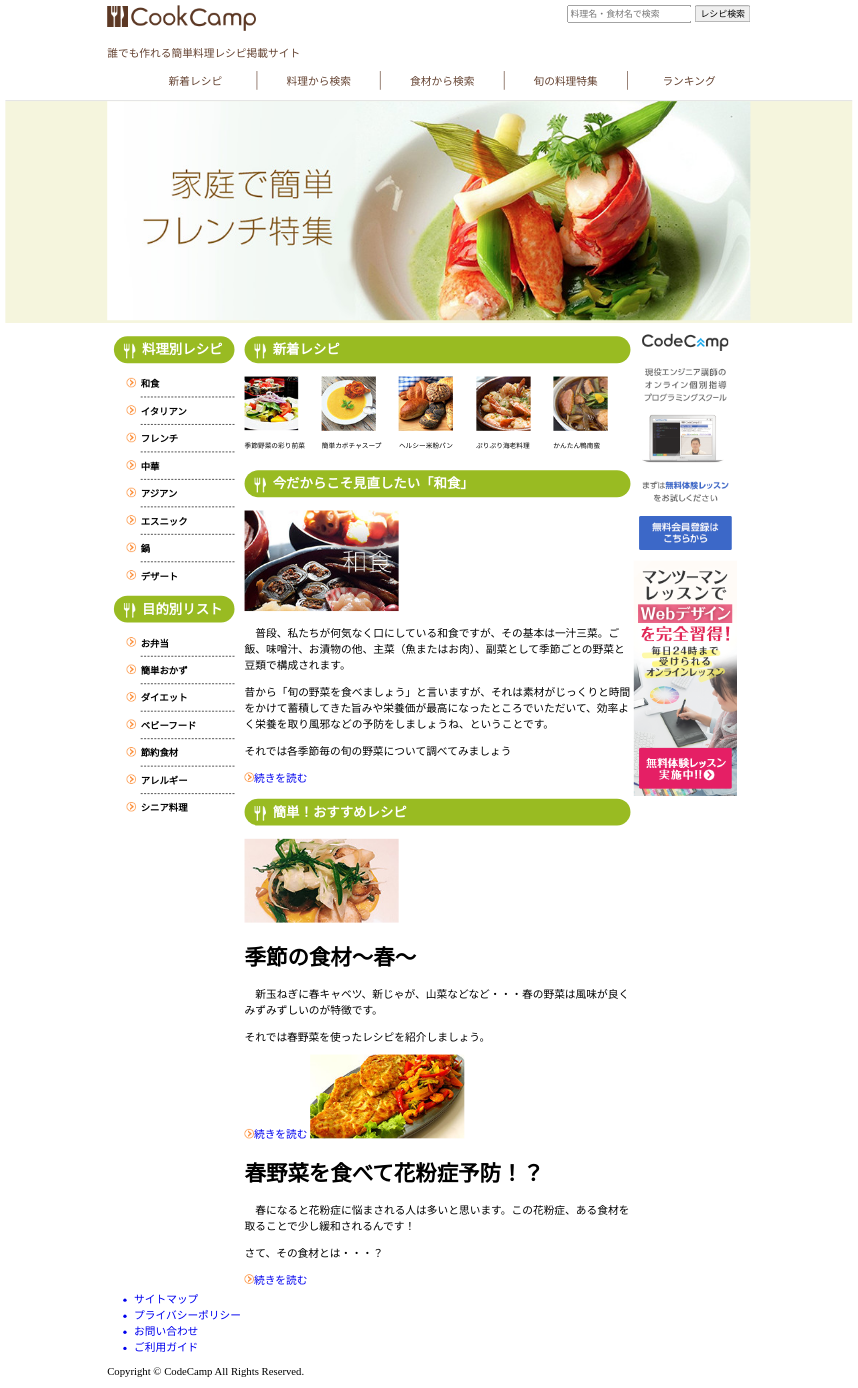
Repository: tomimaler/dc_work_tamachi_inagaki_html
Page: cookcamp/cookcamp.html
The author's editor kept a record of every edit. The page is drawn from the files as they stood at one moment, then again after the next edit.
The browser window is 1280 px wide. The pictures show the whole page, at 67% of full size.

Above is the page before.

After the next edit:
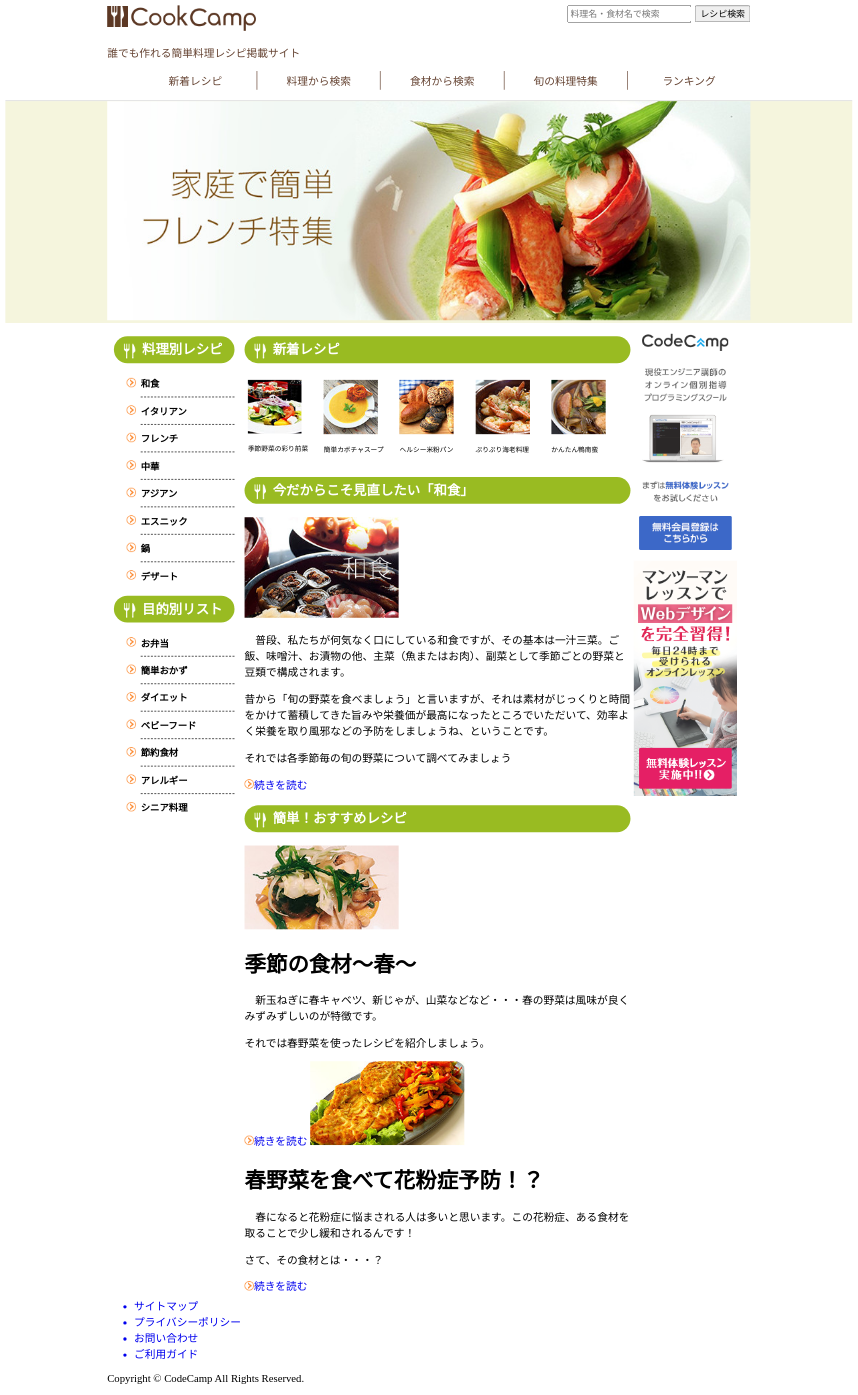
The edit:
--- a/cookcamp/cookcamp.html
+++ b/cookcamp/cookcamp.html
@@ -54,26 +54,28 @@
         <div class="main-column">
             <div class="article">
                 <h3><img src="images/icon/dish.png">新着レシピ</h3>
-                <div class="new-recipes">
-                    <div class="new-recipe">
-                        <img src="images/contents/newRecipes1.jpg" alt="季節野菜の彩り前菜">
-                        <p>季節野菜の彩り前菜</p>
-                    </div>
-                    <div class="new-recipe">
-                        <img src="images/contents/newRecipes2.jpg" alt="簡単カボチャスープ">
-                        <p>簡単カボチャスープ</p>
-                    </div>
-                    <div class="new-recipe">
-                        <img src="images/contents/newRecipes3.jpg" alt="ヘルシー米粉パン">
-                        <p>ヘルシー米粉パン</p>
-                    </div>
-                    <div class="new-recipe">
-                        <img src="images/contents/newRecipes4.jpg" alt="ぷりぷり海老料理">
-                        <p>ぷりぷり海老料理</p>
-                    </div>
-                    <div class="new-recipe">
-                        <img src="images/contents/newRecipes5.jpg" alt="かんたん鴨南蛮">
-                        <p>かんたん鴨南蛮</p>
+                <div class="section">
+                    <div class="new-recipes">
+                        <div class="new-recipe">
+                            <img src="images/contents/newRecipes1.jpg" alt="季節野菜の彩り前菜">
+                            <p>季節野菜の彩り前菜</p>
+                        </div>
+                        <div class="new-recipe">
+                            <img src="images/contents/newRecipes2.jpg" alt="簡単カボチャスープ">
+                            <p>簡単カボチャスープ</p>
+                        </div>
+                        <div class="new-recipe">
+                            <img src="images/contents/newRecipes3.jpg" alt="ヘルシー米粉パン">
+                            <p>ヘルシー米粉パン</p>
+                        </div>
+                        <div class="new-recipe">
+                            <img src="images/contents/newRecipes4.jpg" alt="ぷりぷり海老料理">
+                            <p>ぷりぷり海老料理</p>
+                        </div>
+                        <div class="new-recipe">
+                            <img src="images/contents/newRecipes5.jpg" alt="かんたん鴨南蛮">
+                            <p>かんたん鴨南蛮</p>
+                        </div>
                     </div>
                 </div>
             </div>
